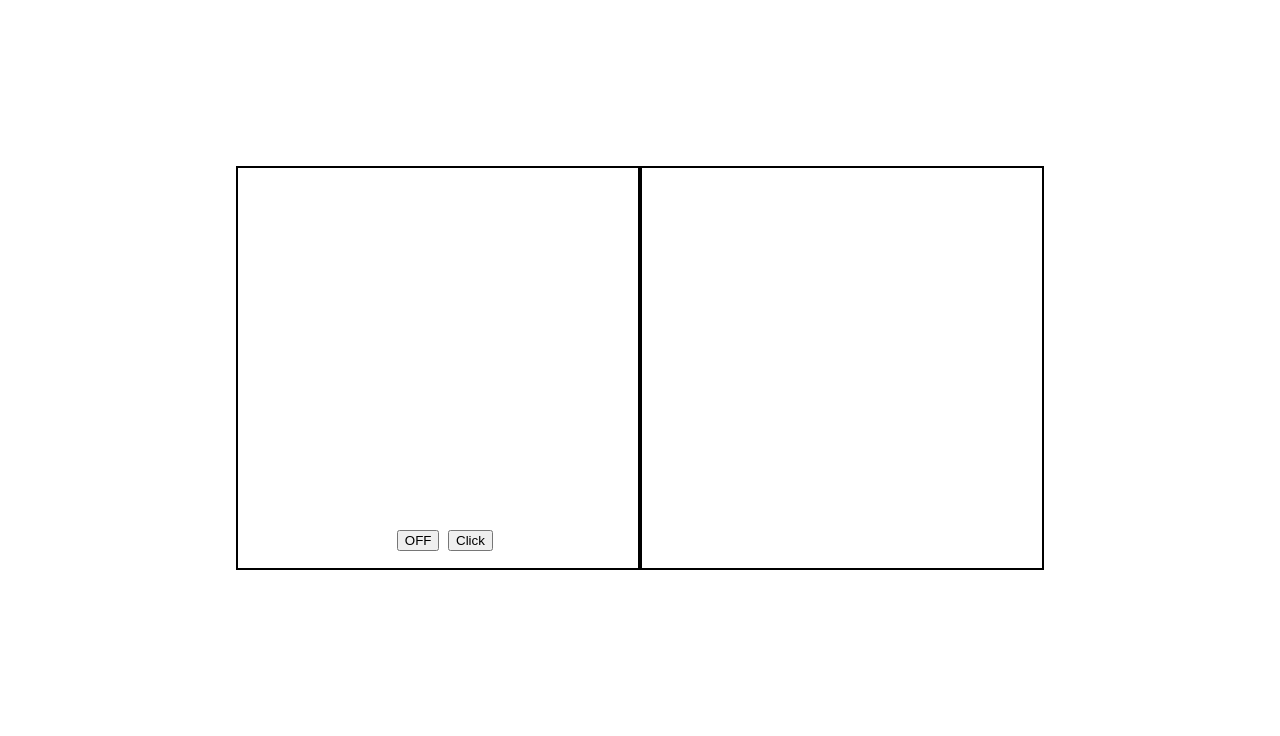
Repository: dmpelaez/photoBoothy
Page: Photobooth.html
An editor plug-in stored every save of this project. The page is shown before and after the next save, followed by the edit.
The browser window is 1280 px wide. The pictures show the whole page.

Above is the page before, as saved 2025-12-16 21:03:38.

### Photobooth.html
<!DOCTYPE html>

  <html>

    <head>

      <title>Photobooth</title>

      <link rel="stylesheet" href="Photobooth.css">
    </head>
    <body>
      <div class="timer"></div>
      <video autoplay id="video"></video>
      <button id="photo-btn" >Click</button>
      <button id="btn-toggle">OFF</button>
      <canvas id="canvas-image"></canvas>
      <script src="Photobooth.js"></script>
    </body>

  </html>

### Photobooth.css
body {
  display: Flex;
  align-items: center;
  justify-content: center;
  HEIGHT: 100VH;
  flex-direction: row;
}
#video,
#canvas-image {
  border: 2px solid black;
  height: 400px;
  width: 400px;
}
#btn-toggle {
  position: absolute;
  left: 31%;
  bottom: 23.5%;
}
#photo-btn {
  position: absolute;
  left: 35%;
  bottom: 23.5%;
}
.timer {
display: none;
 position: absolute;
  left: 33%;
  bottom: 69.5%;
}

.timerPhoto {
  background: black;
  height: 50px;
  width: 50px;
  color: white;
  display: flex;
  align-items: center;
  justify-content: center;
}

### Photobooth.js
//To make the video appear in html
//I use <video></video> html element
const video = document.getElementById('video');
//canvas element is where the photos will appear
const canvas = document.getElementById('canvas-image');
const btn = document.getElementById('photo-btn');
//I set the canvas into 2d to get the copy
//of the photo taken
const context = canvas.getContext('2d');


//I use navigator.mediDevices.getUsermedia
//to get access on the camera by allowing the
//video and use it to assigned as value of
//video element

///-----------------------------------------------------------------///
//Default value false
let isVideo = false;


//This is a btn for on and off to the camera
document.getElementById('btn-toggle')
.addEventListener('click', () => {

  //Condition where it looks for the opposite
  //value of isVideo by using NOT operator
  //which will result to having a value of TRUE
  if (!isVideo) {
  //once it becomes true
  //navigator.mediaDevices.getUserMedia will activate
  //and the access to video will open
  navigator.mediaDevices.getUserMedia({video: true})
  .then((stream) => {
  //access to camera
  video.srcObject = stream;
  //btn ON
   document.getElementById('btn-toggle').innerHTML = 'ON';
   //Value was change to true
   //so once the btn is click again
   //the else if is the one that will be open
     isVideo = true;

  });
} else if (isVideo) {
  //access to camera again
 navigator.mediaDevices.getUserMedia({video: true})
  .then((stream) => {
    //To stop the camera access
    stream.getTracks().forEach(track => track.stop());
    //To stop the webcam light we need to track all
    //the access video.srcObject have
    for (const track of video.srcObject.getTracks()) {
      track.stop();
    }
    //no value
    stream = null;
    //no value
   video.srcObject = null;
   //Display btn as OFF
   document.getElementById('btn-toggle').innerHTML = 'OFF';
   //Value is changed to false
   isVideo = false;

  })

}
console.log(isVideo);
});

///------------------------------------------------------------///
//capturePhoto is a function where
// the canvas width and height have the
// values of videos'
//and context.drawImage capture everything
//and replicate the videos into photo
//and before that we change its value
//to the canvas.getContext('2d')
function capturePhoto() {
  //the value canvas width and height
  // is the same as the video width and height;
  canvas.width = video.videoWidth;
  canvas.height = video.videoHeight;

  //
  context.drawImage(video, 0, 0, canvas.width, canvas.height);
}

///------------------------------------------------------------------------///
//btn for camera to capture
btn.addEventListener('click', () => {
//Finally after minutes of thinking how
//to activate the timer if the camera is open

//This will only activate if the isVideo value
// is true but its default value stop it from triggering
//the settimer() because it didn't meet the condition
if (isVideo === true) {
settimer();

}
})

document.body.addEventListener('keydown', (event) => {
  if (event.code === 'Space') {
    if (isVideo === true) {
      settimer();
  }
 }
})

///-----------------------------------------------------------------////
//Timer default setTime
let timer = 5;

//This is timer function
// where after five seconds
//it will capture a picture
function settimer() {
  //Display
  document.querySelector('.timer').innerHTML = timer;
  const timer2 =  document.querySelector('.timer');
  //if statement condition where if
  //the timer is greater than 0 then it will
  //activate the specific function
  if (timer > 0) {
    timer --;
    //setTimeout is updating the settimer function every
    // one second to update the display number
    setTimeout(settimer, 1000);
    //added a new class to design the timer
    timer2.classList.add("timerPhoto");
  } else {
    //after 0 the else will run this part of function
    // where capturePhoto(); is activated
    //timer goes back to default and display it
    //but remove the design in the webpage
    capturePhoto();
    timer = 5;
   timer2.innerHTML = timer;
   timer2.classList.remove("timerPhoto");
  }
}

After the next save:
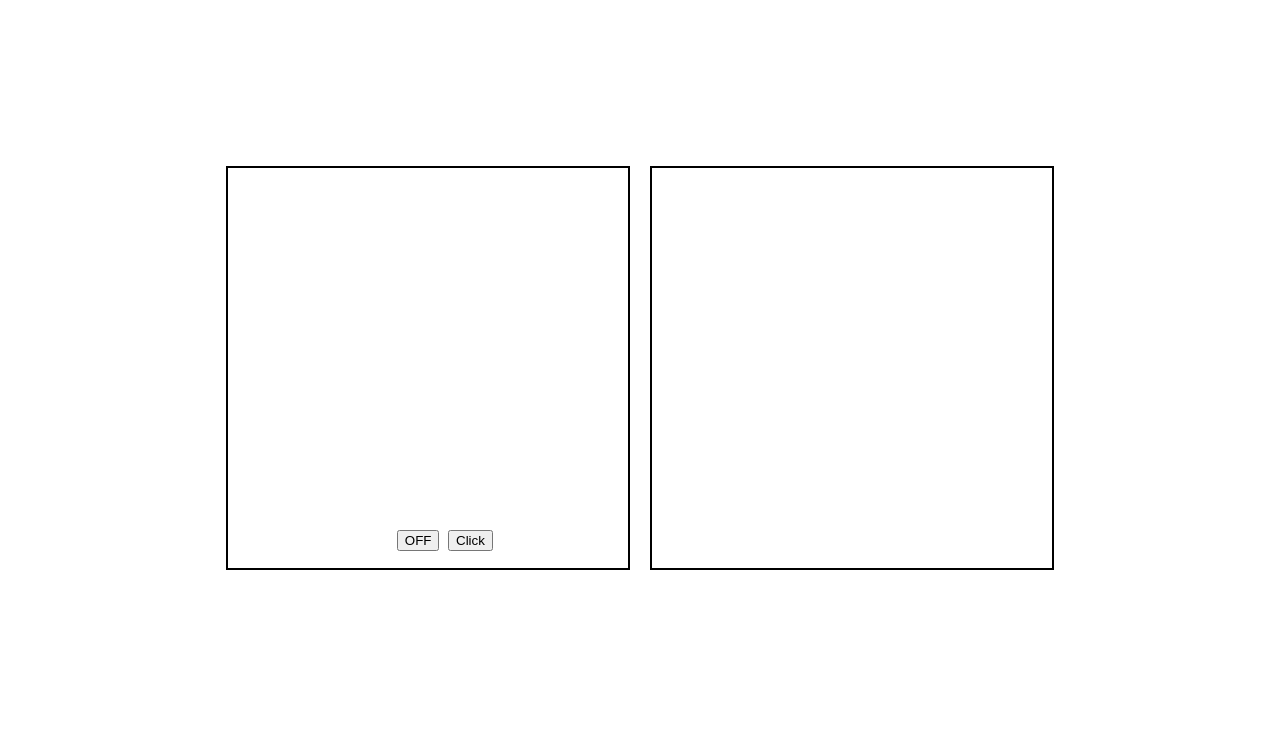
Saved 11 s later.
--- a/Photobooth.css
+++ b/Photobooth.css
@@ -4,6 +4,7 @@ body {
   justify-content: center;
   HEIGHT: 100VH;
   flex-direction: row;
+  gap: 20px;
 }
 #video,
 #canvas-image {
